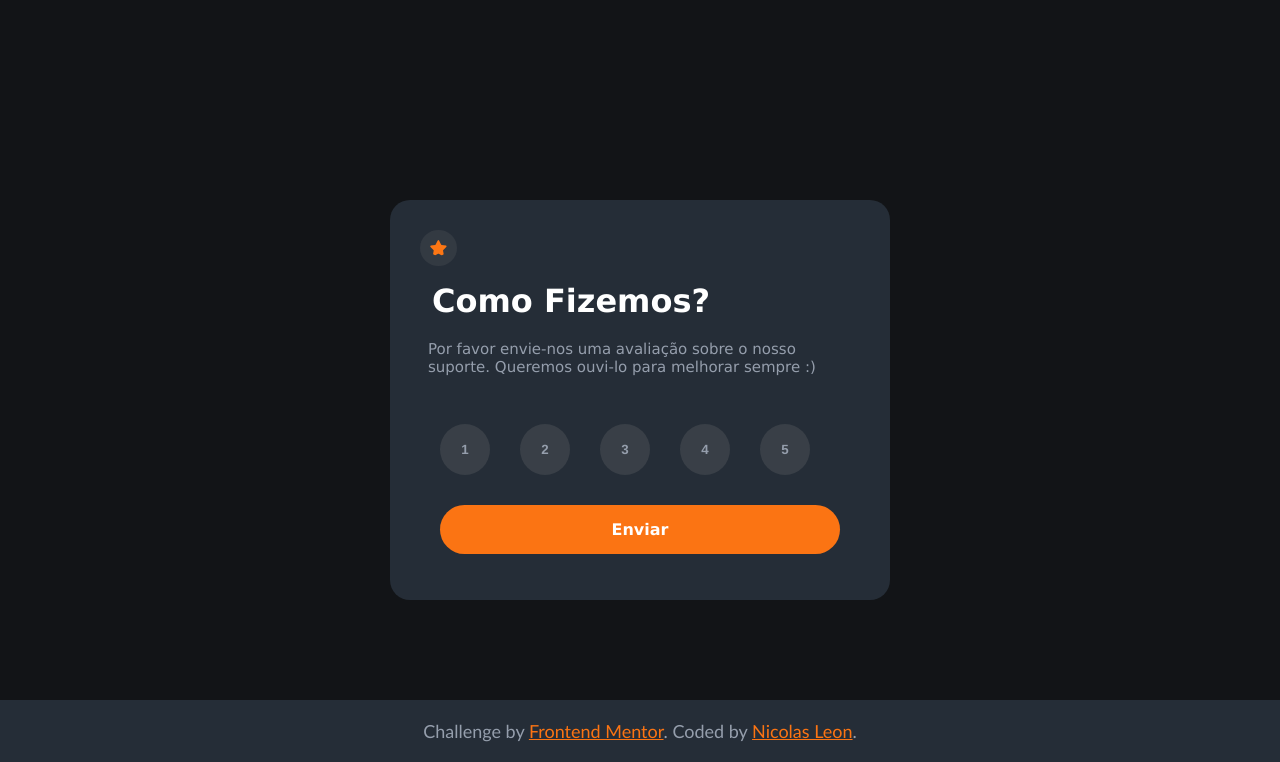
Repository: Leonngc/projeto-avaliacao
Page: index.html
An editor plug-in stored every save of this project. The page is shown before and after a run of saves, followed by the edit.
The browser window is 1280 px wide. The pictures show the whole page.

Above is the page before, as saved 2023-01-30 01:56:46.

### index.html
<!DOCTYPE html>
<html lang="pt-br">

<head>
  <meta charset="UTF-8">
  <meta name="viewport" content="width=device-width, initial-scale=1.0">
  <!-- displays site properly based on user's device -->

  <link rel="icon" type="image/png" sizes="32x32" href="./images/favicon-32x32.png">
  <script src="js/index.js" defer></script>

  <title>Frontend Mentor | Interactive rating component</title>

  <link rel="stylesheet" href="styles/style.css">
</head>

<body>

  <!-- Rating state start -->
  <div id="card">
    <img src="images/icon-star.svg" alt="" id="icon">
    <div id="mensage">
      <h1>Como Fizemos?</h1>
      <p>Por favor envie-nos uma avaliação sobre o nosso suporte. Queremos ouvi-lo para melhorar sempre :)</p>
    </div>

    <ul id="container-btns">
      <li><button class="rate-btn">1</button></li>
      <li><button class="rate-btn">2</button></li>
      <li><button class="rate-btn">3</button></li>
      <li><button class="rate-btn">4</button></li>
      <li><button class="rate-btn">5</button></li>
    </ul>
    <button id="submit-btn">Enviar</button>
    </div>

  <!-- Rating state end -->

  <!-- Thank you state start -->

  <section id="result-avaliation">
    <div id="thank-image">
      <img src="images/illustration-thank-you.svg" alt="">
    </div>
    <span id="avaliation-user">You selected <!--ratting result --> out of 5</span>
    <h1>Thank you!</h1>
    <p id="thanks-mensage">
      We appreciate you taking the time to give a rating. If you ever need more support,
      don’t hesitate to get in touch!
    </p>
  </section>

  <!-- Thank you state end -->


  <footer class="attribution">
    Challenge by <a href="https://www.frontendmentor.io?ref=challenge" target="_blank">Frontend Mentor</a>.
    Coded by <a href="#">Nicolas Leon</a>.
  </footer>
</body>

</html>

### js/index.js
let rateBtn = document.querySelectorAll('.rate-btn');
const sent = document.querySelector('#submit-btn');

sent.addEventListener('click', ()=>{
    window.alert("test")
})


rateBtn.forEach((rate) =>{
    rate.addEventListener("click", () =>{

    })
});

### styles/style.css
:root {
  --very-dark-blue: hsl(216, 12%, 8%);
  --dark-blue: hsl(213, 19%, 18%);
  --medium-grey: hsl(216, 12%, 54%);
  --light-grey: hsl(217, 12%, 63%);
}

* {
  margin: 0;
  padding: 0;
  box-sizing: border-box;
}

body {
  background-color: var(--very-dark-blue);
}

#card {
  background-color: var(--dark-blue);
  width: 500px;
  height: 400px;
  margin: auto;
  margin-top: 200px;
  padding: 30px;
  border-radius: 20px;
}

#icon {
  background-color: rgba(124, 122, 122, 0.162);
  padding: 10px;
  border-radius: 50%;
}

#mensage > h1 {
  font-family: "Lucida Sans", "Lucida Sans Regular", "Lucida Grande",
    "Lucida Sans Unicode", Geneva, Verdana, sans-serif;
  color: white;
  padding: 12px;
}

#mensage > p {
  padding: 8px;
  font-size: 15px;
  font-family: Verdana, Geneva, Tahoma, sans-serif;
  color: var(--light-grey);
}

#container-btns {
  display: flex;
  margin-top: 40px;
  justify-content: center;
}

li {
  list-style: none;
  align-items: center;
  justify-content: center;
}

.rate-btn {
  margin-right: 30px;
  padding: 18px;
  border-radius: 50%;
  border: none;
  width: 50px;
  background-color: rgba(128, 128, 128, 0.216);
  color: var(--light-grey);
  font-family: "Franklin Gothic Medium", "Arial Narrow", Arial, sans-serif;
  font-weight: bolder;
}

.rate-btn:hover {
  background-color: var(--light-grey);
  color: white;
}


#submit-btn {
  display: block;
  margin: auto;
  margin-top: 30px;
  width: 400px;
  padding: 15px;
  border-radius: 30px;
  border: none;
  font-size: 16px;
  font-family: Verdana, Geneva, Tahoma, sans-serif;
  font-weight: bolder;
  background-color: hsl(25, 97%, 53%);
  color: white;
}

#submit-btn:hover{
  background-color: white;
  color: hsl(25, 97%, 53%);
}

#result-avaliation{
  background-color: var(--dark-blue);
  width: 500px;
  height: 400px;
  margin: auto;
  padding: 30px;
  border-radius: 20px;
  text-align: center;
  display: none;
}
#avaliation-user{
  display: block;
  background-color: hsla(216, 12%, 8%, 0.353);
  width: 200px;
  padding: 10px;
  margin: auto;
  margin-top: 20px;
  border-radius: 20px;
  font-family: 'Gill Sans', 'Gill Sans MT', Calibri, 'Trebuchet MS', sans-serif;
  font-size: 16px;
  color: hsl(25, 97%, 53%);
}


#result-avaliation > h1{
  margin-top: 40px;
  margin-bottom: 20px;
  color: white;
  font-family: 'Gill Sans', 'Gill Sans MT', Calibri, 'Trebuchet MS', sans-serif;
}

#thanks-mensage{
  margin: auto;
  color: var(--light-grey);
  font-size: 20px;
  font-family: 'Gill Sans', 'Gill Sans MT', Calibri, 'Trebuchet MS', sans-serif;
  width:384px;
}

footer{
  margin-top: 100px;
  padding: 20px;
  text-align: center;
  background-color: var(--dark-blue);
  color: var(--light-grey);
  font-size: 18px;
  font-family: 'Gill Sans', 'Gill Sans MT', Calibri, 'Trebuchet MS', sans-serif;
}

footer > a{
  color: hsl(25, 97%, 53%);
}

After the next 6 saves:
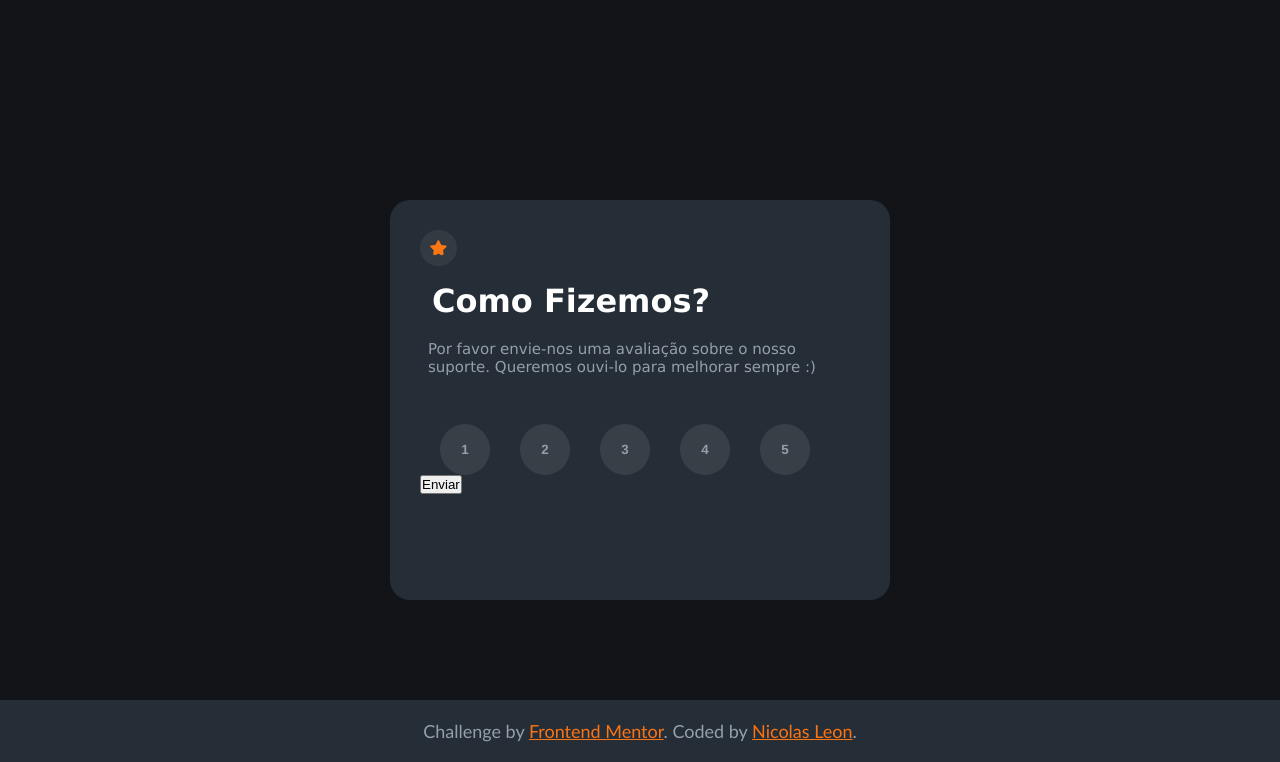
The 6 saves are shown as one change because they came seconds apart.
The last was saved 22 s later.
--- a/styles/style.css
+++ b/styles/style.css
@@ -74,6 +74,7 @@
   color: white;
 }
 
+.rate-btn:focus
 
 #submit-btn {
   display: block;

After the 3 saves that followed:
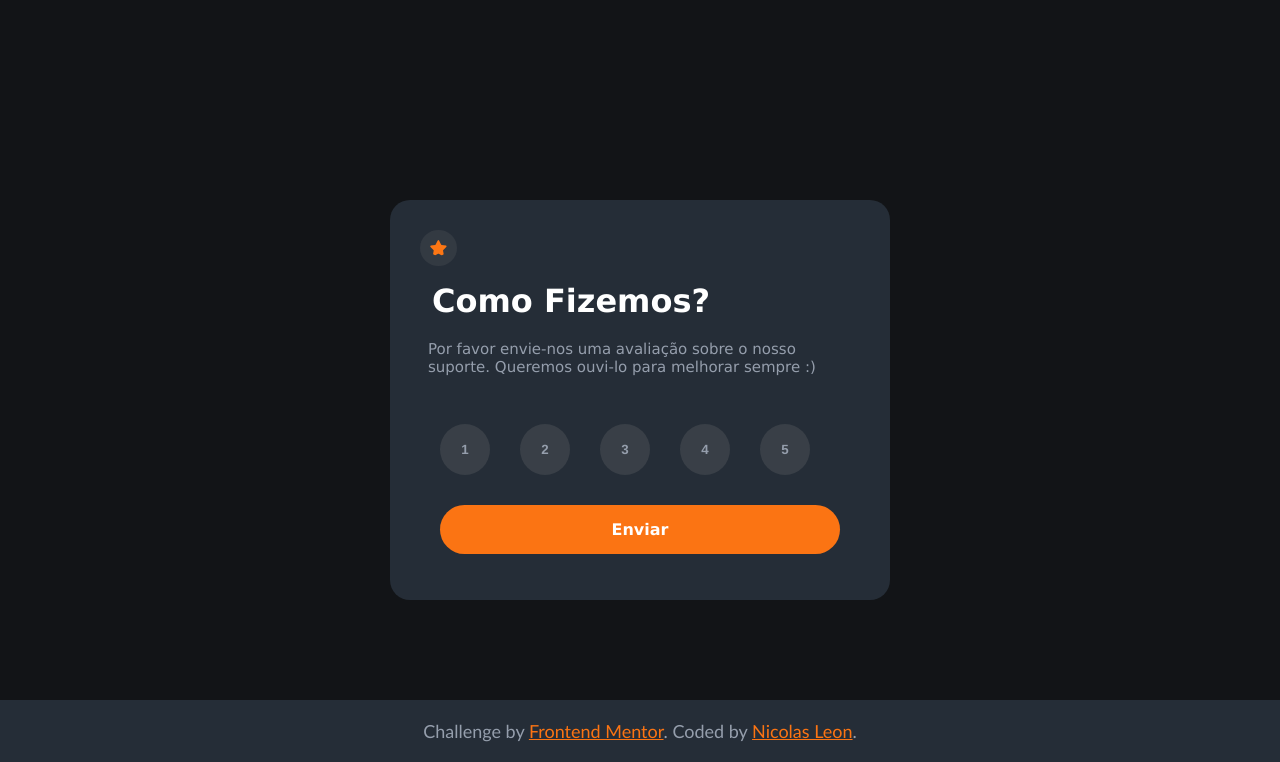
The 3 saves are shown as one change because they came seconds apart.
The last was saved 2 min 30 s later.
--- a/styles/style.css
+++ b/styles/style.css
@@ -74,7 +74,9 @@
   color: white;
 }
 
-.rate-btn:focus
+.rate-btn:focus{
+  background-color: hsl(25, 97%, 53%);
+}
 
 #submit-btn {
   display: block;
